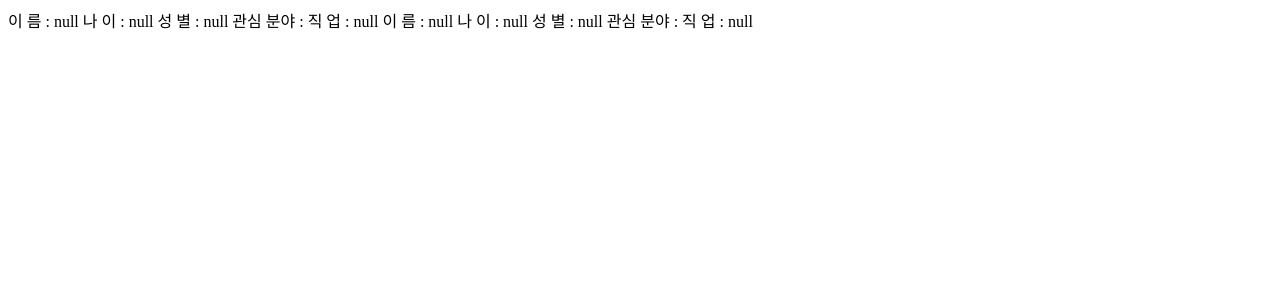
Repository: LEENYAMNYAM/JSP
Page: http://localhost/JSP_Project/exam/formResult.jsp
An editor plug-in stored every save of this project. The page is shown before and after the next save, followed by the edit.
The browser window is 1280 px wide. The pictures show the whole page.
The page is served by Tomcat 9. Other server files are loaded and not shown.

Above is the page before, as saved 2025-02-27 05:40:47.

### JSP_Project/src/main/webapp/exam/formResult.jsp
<%@ page language="java" contentType="text/html; charset=UTF-8"
    pageEncoding="UTF-8"%>
<!DOCTYPE html>
<html>
<head>
<meta charset="UTF-8">
<title>FORM RESULT</title>
</head>
<%
String name = request.getParameter("name");
String age = request.getParameter("age");
String gender = request.getParameter("gender");
String[] hobby = request.getParameterValues("hobby");
	String tmp="";
	if(hobby!=null){
		for (int i=0; i<hobby.length; i++){
			tmp +=hobby[i]+" ";
		}
	}

String job = request.getParameter("job");
%>
<body>

이    름 : <%=name %>
나    이 : <%=age %>
성    별 : <%=gender %>
관심 분야 : <%=tmp %>
직    업 : <%=job %>
</hr>
<!-- 굳이 여러번 사용안되면 위에 부분 작정할 필요없이 바로 request.getParameter 해도 됨. -->
이    름 : <%=request.getParameter("name") %>
나    이 : <%=request.getParameter("age") %>
성    별 : <%=request.getParameter("gender") %>
관심 분야 : <%=tmp %>
직    업 : <%=request.getParameter("job") %>
</hr>

</body>
</html>

After the next save:
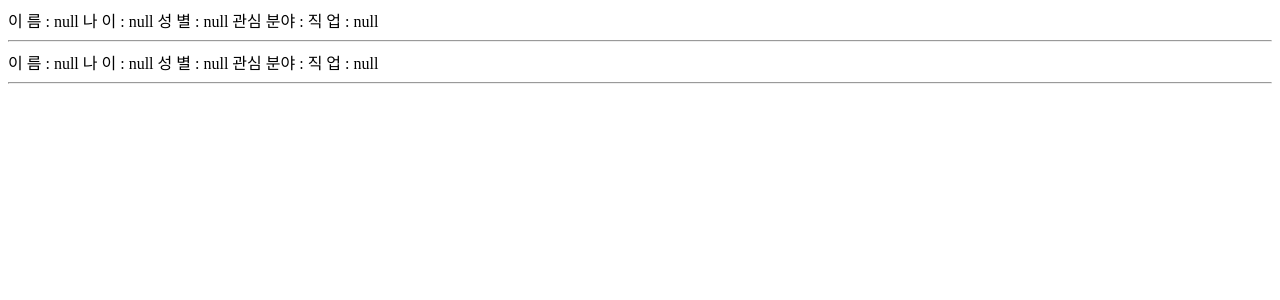
Saved 25 s later.
--- a/JSP_Project/src/main/webapp/exam/formResult.jsp
+++ b/JSP_Project/src/main/webapp/exam/formResult.jsp
@@ -27,14 +27,14 @@ String job = request.getParameter("job");
 성    별 : <%=gender %>
 관심 분야 : <%=tmp %>
 직    업 : <%=job %>
-</hr>
+<hr/>
 <!-- 굳이 여러번 사용안되면 위에 부분 작정할 필요없이 바로 request.getParameter 해도 됨. -->
 이    름 : <%=request.getParameter("name") %>
 나    이 : <%=request.getParameter("age") %>
 성    별 : <%=request.getParameter("gender") %>
 관심 분야 : <%=tmp %>
 직    업 : <%=request.getParameter("job") %>
-</hr>
+<hr/>
 
 </body>
 </html>
